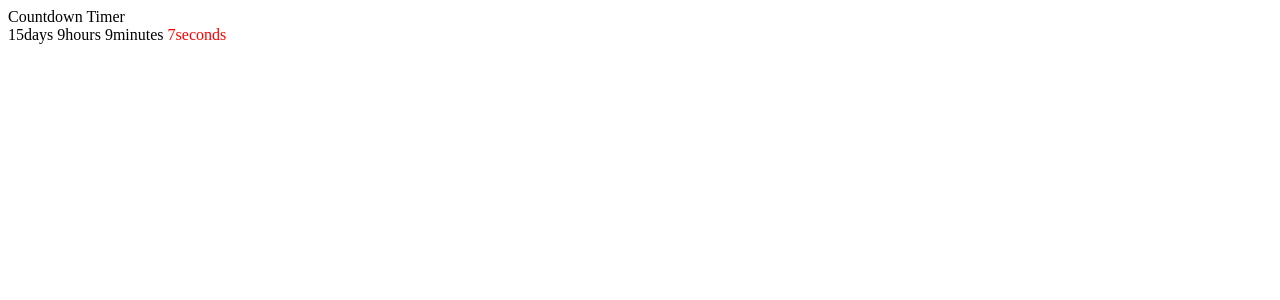
Repository: sinarinzifabrice/Events
Page: index.html
An editor plug-in stored every save of this project. The page is shown before and after a run of saves, followed by the edit.
The browser window is 1280 px wide. The pictures show the whole page.

Above is the page before, as saved 2024-05-16 09:52:50.

After the next 2 saves:
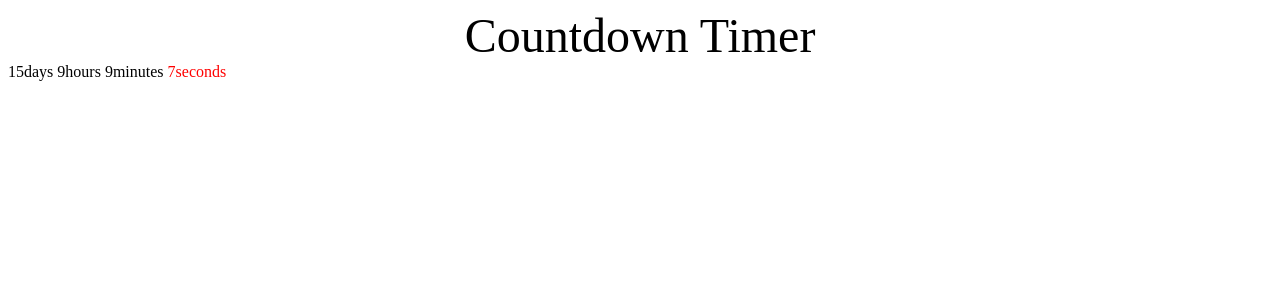
The 2 saves are shown as one change because they came seconds apart.
The last was saved 6 s later.
--- a/index.html
+++ b/index.html
@@ -16,7 +16,7 @@
 </head>
 <body>
 
-   <div class="cun">Countdown Timer</div>
+   <div class="countdown">Countdown Timer</div>
    <div id="countdown"></div>
 
 
